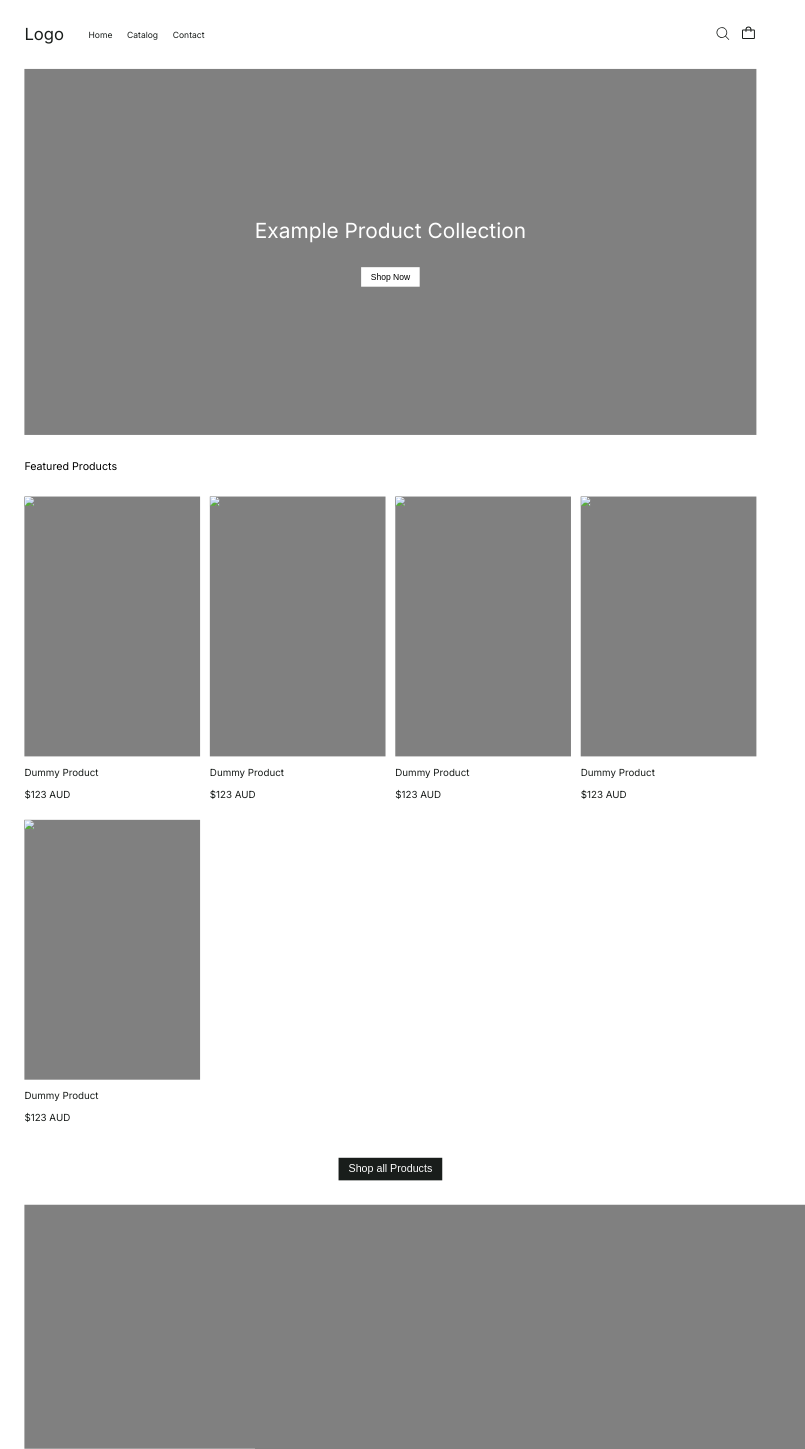
Repository: David-Waite/ecommercefrontendTemplate
Page: /
An editor plug-in stored every save of this project. The page is shown before and after the next save, followed by the edit.
The browser window is 1280 px wide. The page is 1320 px wide, then 1280 px, so the pictures cover 1320 px, including what lies to the right of the window. The pictures show the whole page, at 61% of full size.
The project was rebuilt for these pictures with package versions that can differ from the ones it lists, and the page was loaded fresh each time. The framework's server and built-in components were replaced by stand-ins that run in the browser. Also part of the build but not shown: next.config.js.

Above is the page before, as saved 2023-08-24 20:33:01.

### app/layout.js
import Nav from "./Components/Nav/Nav";
import "./globals.css";
import { Inter } from "next/font/google";

const inter = Inter({ subsets: ["latin"] });

export const metadata = {
  title: "Create Next App",
  description: "Generated by create next app",
};

export default function RootLayout({ children }) {
  return (
    <html lang="en">
      <body className={inter.className}>
        <Nav />
        {children}
      </body>
    </html>
  );
}

### app/page.js
import Image from "next/image";
import styles from "./page.module.css";
import Link from "next/link";
import PrimaryButton from "./Components/UI/PrimaryButton/PrimaryButton";
import ProductGrid from "./Components/UI/ProductsGrid/ProductGrid";
import ProductCard from "./Components/UI/ProductCard/ProductCard";

export default function Home() {
  const DUMMYFEATUREDPRODUCTS = [
    {
      id: "1",
      image: "",
      name: "Dummy Product",
      price: 123.0,
    },
    {
      id: "2",
      image: "",
      name: "Dummy Product",
      price: 123.0,
    },
    {
      id: "3",
      image: "",
      name: "Dummy Product",
      price: 123.0,
    },
    {
      id: "4",
      image: "",
      name: "Dummy Product",
      price: 123.0,
    },
    {
      id: "5",
      image: "",
      name: "Dummy Product",
      price: 123.0,
    },
  ];

  const featuredProducts = DUMMYFEATUREDPRODUCTS.map(
    ({ id, image, name, price }) => {
      return (
        <ProductCard
          key={id}
          image={image}
          name={name}
          price={price}
          id={id}
          fontSize={"var(--fontMinus1)"}
        />
      );
    }
  );
  return (
    <main className={styles.main}>
      <div className={styles.heroImage}>
        <h1>Example Product Collection</h1>
        <Link href={"#"}>
          <PrimaryButton text={"Shop Now"} />
        </Link>
      </div>

      <div className={styles.featuredProductsContainer}>
        <h2 className={styles.featuredProductHeading}>Featured Products</h2>
        <ProductGrid>{featuredProducts}</ProductGrid>
      </div>
      <div className={styles.shopAllProductsBtn}>
        <PrimaryButton
          text={"Shop all Products"}
          dark={true}
          fontSize={"var(--fontBase)"}
        />
      </div>

      <div className={styles.imageCollage}></div>
    </main>
  );
}

### app/Components/Nav/Nav.js
"use client";
import Link from "next/link";
import { useState } from "react";
import {
  PiMagnifyingGlassLight,
  PiBag,
  PiListLight,
  PiXLight,
} from "react-icons/pi";
import styles from "./Nav.module.css";

export default function Nav() {
  const [navOpen, setNavOpen] = useState(false);

  function toggleMenu() {
    setNavOpen((prev) => !prev);
  }
  return (
    <nav className={styles.nav}>
      <div className={styles.menu} onClick={toggleMenu}>
        {!navOpen && <PiListLight fontSize={24} />}
        {navOpen && <PiXLight fontSize={24} />}
      </div>

      <div className={styles.moblieMenu} style={{ width: !navOpen && "0" }}>
        <Link href="/">Home</Link>
        <Link href="#">Catalog</Link>
        <Link href="#">Contact</Link>
      </div>
      <div className={styles.linksContainer}>
        <Link className={styles.logo} href="/">
          Logo
        </Link>
        <div className={styles.pagesContainer}>
          <Link href="/">Home</Link>
          <Link href="#">Catalog</Link>
          <Link href="#">Contact</Link>
        </div>
      </div>
      <div className={styles.iconsContainer}>
        <Link href="#">
          <PiMagnifyingGlassLight fontSize={26} />
        </Link>
        <Link href="#">
          <PiBag fontSize={26} />
        </Link>
      </div>
    </nav>
  );
}

### app/globals.css
:root {
  --primary: ;
  --black: #191d1b;
  --background: #ffffff;
  --white: #ffffff;
  --grey: #606060;
  --hoverGrey: #c5c5c5;
  --error: #a83c23;
  --max-width: 1500px;
  --fontBase: 17.5px;
  --fontPlus1: 21.88px;
  --fontPlus2: 27.34px;
  --fontPlus3: 34.18px;
  --fontMinus1: 14px;
  --fontMinus2: 11.2px;
  --marginMax: 40px;
  --margin1000: 32px;
  --marginMobile: 16px;
}

* {
  padding: 0;
  margin: 0;
  box-sizing: border-box;
}

### app/page.module.css
.main {
  margin: 0px auto;
  padding: 0px 40px;
  max-width: calc(var(--max-width) + 80px);
}
.heroImage {
  width: 100%;
  height: 600px;
  background-color: grey;
  display: flex;
  gap: 40px;
  flex-direction: column;
  align-items: center;
  justify-content: center;
}

.heroImage h1 {
  font-size: var(--fontPlus3);
  font-weight: 400;
  color: white;
}

.featuredProductsContainer {
  margin: 40px 0;
  display: flex;
  flex-direction: column;
  gap: 40px;
}

.shopAllProductsBtn {
  display: flex;
  margin: 40px 0;
  justify-content: center;
}

.featuredProductHeading {
  font-size: var(--fontBase);
  font-weight: 400;
}

.imageCollage {
  height: 400px;
  width: 100%;
  position: absolute;
  background-color: grey;
}
@media (max-width: 1000px) {
  .main {
    padding: 0px var(--margin1000);
  }
}
@media (max-width: 768px) {
  .main {
    padding: 0px var(--marginMobile);
  }
}

### app/Components/UI/PrimaryButton/PrimaryButton.js
import styles from "./PrimaryButton.module.css";

export default function PrimaryButton({ text, fontSize, dark }) {
  return (
    <button
      className={`${styles.container} ${dark && styles.dark}`}
      style={{
        fontSize: fontSize,
      }}
    >
      {text}
    </button>
  );
}

### app/Components/UI/ProductsGrid/ProductGrid.js
import styles from "./ProductGrid.module.css";
export default function ProductGrid({ children }) {
  return <div className={styles.main}>{children}</div>;
}

### app/Components/UI/ProductCard/ProductCard.js
import Image from "next/image";
import Link from "next/link";
import styles from "./ProductCard.module.css";

export default function ProductCard({ image, name, price, id }) {
  return (
    <Link href={`/catalog/product${id}`} className={styles.main}>
      <div className={styles.imageContainer}>
        <Image src={image} fill={true} alt={name} />
      </div>
      <div className={styles.infoContainer}>
        <p className={styles.name}>{name}</p>
        <p className={styles.price}>${price} AUD</p>
      </div>
    </Link>
  );
}

### app/Components/Nav/Nav.module.css
.nav {
  display: flex;
  align-items: center;
  justify-content: space-between;
  margin: 0px auto;
  padding: 40px;
  max-width: calc(var(--max-width) + 80px);
  position: relative;
}

.linksContainer {
  display: flex;
  align-items: center;
  justify-content: center;
  gap: 40px;
}

.pagesContainer {
  display: flex;
  gap: 24px;
}

.pagesContainer {
  font-size: var(--fontMinus1);
}

.iconsContainer {
  display: flex;
  gap: 16px;
}
.nav a {
  text-decoration: none;
  color: var(--black);
}

.logo {
  font-size: var(--fontPlus2);
}
.moblieMenu {
  position: absolute;
  flex-direction: column;
  width: 400px;
  left: 0;
  top: 113px;
  height: calc(100vh - 113px);
  transition: 0.3s;
  overflow: hidden;
}
.moblieMenu a {
  padding: 16px 32px;
}

.moblieMenu a:hover {
  background-color: var(--hoverGrey);
}
.menu,
.moblieMenu {
  display: none;
}
@media (max-width: 1000px) {
  .nav {
    padding: 40px var(--margin1000);
  }
  .pagesContainer {
    display: none;
  }
  .menu {
    display: block;
  }
  .moblieMenu {
    display: flex;
  }
  .logo {
    margin-left: 42px;
  }
}
@media (max-width: 768px) {
  .nav {
    padding: 40px var(--marginMobile);
  }
  .moblieMenu {
    width: 90vw;
  }
}

### app/Components/UI/PrimaryButton/PrimaryButton.module.css
.container {
  background-color: var(--white);
  padding: 8px 16px;
  border: none;
  cursor: pointer;
  font-size: var(--fontMinus1);
}

.dark {
  background-color: var(--black);
  color: var(--white);
}

.container:hover {
  background-color: var(--hoverGrey);
}

### app/Components/UI/ProductsGrid/ProductGrid.module.css
.main {
  display: grid;
  grid-template-columns: repeat(5, 1fr);

  gap: 40px;
}

@media (max-width: 1500px) {
  .main {
    grid-template-columns: repeat(4, 1fr);
    gap: 16px;
  }
}

@media (max-width: 1000px) {
  .main {
    grid-template-columns: repeat(2, 1fr);
    gap: 32px;
  }
}

@media (max-width: 778px) {
  .main {
    gap: 8px;
  }
}

### app/Components/UI/ProductCard/ProductCard.module.css
.imageContainer {
  height: calc((((1500px - 160px) / 5) * 1.5));
  position: relative;
  /* (total view width / amount of padding total (container + total gap)) / amount of col - 3 * 2) */
  background-color: grey;
}

.main {
  text-decoration: none;
}

.infoContainer {
  display: flex;
  flex-direction: column;
  gap: 16px;
  margin: 16px 0;
  color: var(--black);
}

@media (max-width: 1500px) {
  .imageContainer {
    height: calc((100vw - 64px - (var(--marginMax) * 2)) / 4 * 1.5);
    /* (total view width / amount of padding total (container + total gap)) / amount of col - 3 * 2) */
  }
}

@media (max-width: 1000px) {
  .imageContainer {
    height: calc((100vw - 32px - (var(--margin1000) * 2)) / 2 * 1.5);
    /* (total view width / amount of padding total (container + total gap)) / amount of col - 3 * 2) */
  }
}

@media (max-width: 778) {
  .imageContainer {
    height: calc((100vw - 8px - (var(--marginMobile) * 2)) / 2 * 1.5);
    /* (total view width / amount of padding total (container + total gap)) / amount of col - 3 * 2) */
  }
}

After the next save:
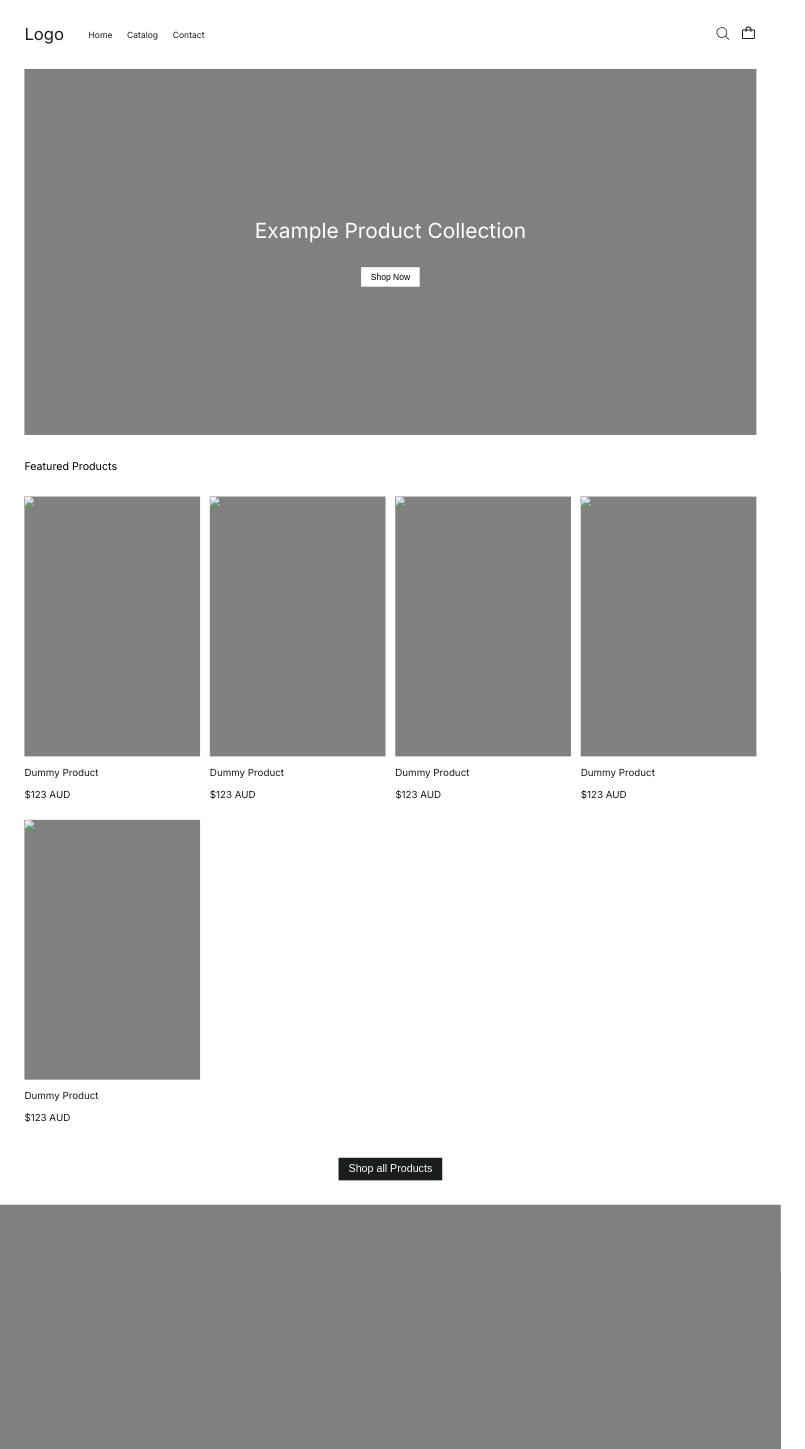
Saved 4 s later.
--- a/app/page.module.css
+++ b/app/page.module.css
@@ -42,6 +42,7 @@
   height: 400px;
   width: 100%;
   position: absolute;
+  left: 0;
   background-color: grey;
 }
 @media (max-width: 1000px) {
